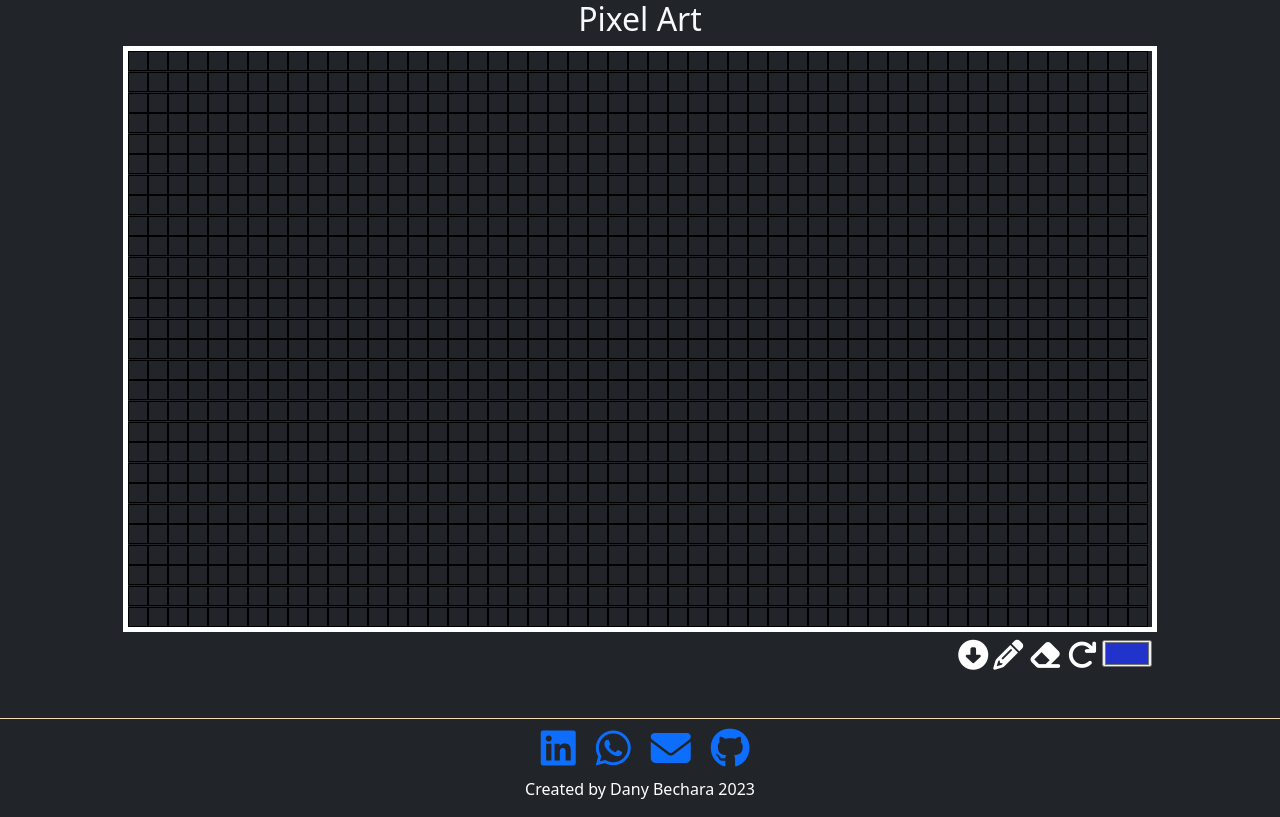
Repository: bechara611/pixelartdb
Page: /
The author's editor kept a copy of each file at every save. The page is drawn from the files as they stood at one save, then again after the next save.
The browser window is 1280 px wide. The pictures show the whole page.
Some web libraries are served in a nearby version. The project was rebuilt for these pictures with package versions that can differ from the ones it lists, and the page was loaded fresh each time. Also part of the build but not shown: vite.config.js.

Above is the page before, as saved 2023-03-07 15:24:16.

### index.html
<!DOCTYPE html>
<html lang="en">
  <head>
    <meta charset="UTF-8" />
    <link rel="icon" type="image/svg+xml" href="/vite.svg" />
    <meta name="viewport" content="width=device-width, initial-scale=1.0" />
    <title>Vite + React</title>

    <link rel="stylesheet" href="https://cdnjs.cloudflare.com/ajax/libs/font-awesome/6.3.0/css/all.min.css">
  </head>
  <body>
    <div id="root"></div>
    <script type="module" src="/src/main.jsx"></script>
  </body>
</html>

### src/main.jsx
import React from 'react'
import ReactDOM from 'react-dom/client'
import App from './App'
import 'bootstrap/dist/css/bootstrap.min.css'
import 'bootstrap/dist/js/bootstrap.bundle.js'

ReactDOM.createRoot(document.getElementById('root')).render(
  <>
  <App />

  </>

)

### src/App.jsx

import { useEffect, useState } from 'react'
import './App.css'
import { SelectableGroup } from 'react-selectable-fast'
import { Pixel } from './Pixel'
import { Footer } from './Footer'

const App = () => {
  const [pixels, setPixels] = useState([])
  const [isSelecting, setIsSelecting] = useState(false)
  const [startIndex, setStartIndex] = useState(null)
  const [colorActual, setcolorActual] = useState('#2233cc')
  const [lapiz,setLapiz]= useState(true);

  useEffect(() => {
    let contenedor = document.getElementById('contenedor')
    let divsAloAlto = Math.floor(contenedor.offsetHeight / 20)
    let divsAlOancho = Math.floor(contenedor.offsetWidth / 20);
    //para saber cuantos divs necesita un contenedor multiplica el numero de divs a lo alto * el numero de divds a lo ancho
    setPixels(Array.from({ length: divsAloAlto * divsAlOancho }, () => { return { active: false, color: colorActual } }))

  }, [])
  const onReset = () => {
    let pixelesCopy = [];
    pixelesCopy = [...pixels]
    for (let i = 0; i < pixels.length; i++) {
      pixelesCopy[i] = { active: false, color: 'transparent' }
    }
    setPixels(pixelesCopy)
  }
  const funcionArray = (index) => {
    let nuevoArray = [...pixels]
    nuevoArray[index] = { active: true, color: colorActual }
    setPixels(nuevoArray)
  }

  useEffect(() => {
    //console.log({ pixels })
  }, [pixels])

  const onMouseDown = (index) => {
    setIsSelecting(true);
    setStartIndex(index)
    // console.log('onMouseDown')
  }


  const onMouseOver2 = (index) => {
    if (isSelecting) {
      const pixelsupdated = [...pixels]
      pixelsupdated[index] = { ...pixelsupdated[index], active: true, color: colorActual }

      setPixels(pixelsupdated)

    }
    // console.log('onMouseOver')
  }

  const onMouseUp2 = (index) => {
    setIsSelecting(false)

  }
  return (
    <>
      <div className="bg-dark fondo">
        <div className="col-12 contenedor-05 ">
          <div className="contenedor-mayor header">
            <h2 className='text-light'>Pixel Art</h2>

          </div>
        </div>
        <div className="contenedor-mayor ">
          <div className="contorno">
            <div className={`contenedor ${!lapiz ? 'cursorBorrador' : 'cursorLapiz'}`} id='contenedor'>

              {

                pixels.map((a, index) => {
                  return <Pixel key={index}
                    color={a.color}
                    active={a.active}
                    funcion={() => funcionArray(index)}
                    onMouseDown={() => { onMouseDown(index) }}
                    onMouseUp={() => { onMouseUp2(index) }}
                    onMouseOver={() => { onMouseOver2(index) }}
                  ></Pixel>
                })

              }

            </div>
          </div>
        </div>
        <div className="col-12 contenedor-05  ">
          <div className="derecha mt-2">

          <i className="fa-solid fa-circle-down borrador" onClick={()=>{
            console.log('Descargar')
            }}></i>
          <i className="fa-solid fa-pencil borrador" onClick={()=>{ setLapiz(true)
            setcolorActual('#2233cc')
            }}></i>
            <i className="fa-solid fa-eraser borrador" onClick={()=>{ setLapiz(false)
            setcolorActual('transparent')
            }}></i>

            <i className="fa-solid fa-arrow-rotate-right  icono" onClick={() => { onReset() }}></i>
            <input type="color" className='selector' value={colorActual} onChange={(e) => {
               setcolorActual(e.target.value)
               setLapiz(true)
              }} />

          </div>

        </div>
        <div className="col-12 bg-dark">

        <Footer></Footer>
        </div>
      </div>



    </>

  )
}

export default App

### src/App.css
.fondo {
  height: 100vh;

}

.contorno {
  border: 5px solid white;
}

.contenedor-mayor {
  display: flex;
  flex-direction: row;
  justify-content: center;
  justify-self: center;
  align-items: center;

}

.contenedor-mayor2 {
  width: 80vw;
  align-self: center;
  display: flex;
  flex-direction: row;
  justify-content: space-between;
}

.contenedor-05 {
  display: flex;
  flex-direction: row;
  justify-content: center;
}

.derecha {
  width: 80vw;
  align-self: center;
  display: flex;
  flex-direction: row;
  justify-content: flex-end;
}

.pixel {
  width: 20px;
  height: 20px;
  border: 1px solid rgb(0, 0, 0);

  box-sizing: border-box;

}

.active {
  background: transparent;
}
.cursorBorrador{
  cursor: url(./assets/borrador.png), pointer;
}
.cursorLapiz{
cursor: url(./assets/pencil3.png), default;
}
.contenedor {

  display: flex;
  flex-direction: row;
  flex-wrap: wrap;
  width: 80vw;
  height: 80vh;
  max-width: 80vw;
  max-height: 80vh;
}

.icono {
  font-size: 30px;
  color: white;
  margin-right: 5px;
}
.borrador{
  font-size: 30px;
  color: white;
  margin-right: 5px;
  cursor: pointer;
}
.borrador:hover{
  font-size: 32px;
  color: rgb(191, 180, 180);
  transition: all .1s ease;
}

@keyframes rotar {
  from {
    transform: rotate(32deg);
  }

  to {
    transform: rotate(360deg);
  }
}

.icono:hover {
  color: rgb(171, 193, 216);
  cursor: pointer;
  animation-name: rotar;
  animation-duration: 1s;
  transition: all 1s ease;
  animation-iteration-count: infinite;
}

.selector{
cursor: pointer;
}

### src/Pixel.jsx
import React, { useState } from 'react'
import './App.css'
import {selectableGroup, createSelectable} from 'react-selectable-fast'
export const Pixel = (props) => {
    const [isActive, setisActive] = useState(false)
  return (

 <div className={`pixel ${props.active ? 'active' : ''}`} style={{ background:props.active ? props.color : ''}}
 onClick={()=>{
    setisActive(!isActive)
    props.funcion();
}}
onMouseDown={()=>{props.onMouseDown()}}
onMouseUp={()=>{props.onMouseUp()}}
onTouchEnd={()=>{props.onMouseUp()}}
onMouseOver={()=>{props.onMouseOver()}}
onTouchStart={()=>{{
    props.onMouseDown()
    props.onMouseOver()}}}
 >

 </div>
  )
}

### src/Footer.jsx
import React from 'react'
import './Footer.css'


let linkdn="https://linkedin.com/in/DanyBechara";
let correo="mailto:bechara611@gmail.com";
let blank='_blank';
let github='https://github.com/bechara611';
let whatssap='https://wa.me/584120361952';

export const Footer = () => {
  return (
    <>
      {/*Aca este footer le estamos colocando una posicion absolute y a su padre relativa para poder ubicarlo al final de su div padre */}
      <div className="footer col-12 mt-5 pt-1">
      <a href={linkdn} target={blank} className='animate__animated animate__lightSpeedInLeft'><i className=" linkdin fa-brands fa-linkedin iconoRedes"></i></a>
      <a href={whatssap} target={blank}  className='animate__animated animate__lightSpeedInLeft'><i className="whatssap fa-brands fa-whatsapp iconoRedes"></i></a>
      <a href={correo} target={blank}  className='animate__animated animate__lightSpeedInLeft'><i className="gmail fa-solid  fa-envelope iconoRedes"></i></a>
      <a href={github} target={blank}  className='  animate__animated animate__lightSpeedInLeft'><i className=" github fa-brands fa-github iconoRedes"></i></a>

     <div className="col-12 contenedor-mensaje-footer mt-1">
     <div className="col-12 contenedor-mensaje-footer">
     <p className='mensaje'>Created by Dany Bechara {new Date().getFullYear().toString()}</p>
     </div>

     </div>
      </div>
    </>

  )
}

### src/Footer.css
.footer{
    color: white;
    margin-top: 10px;
    border-top: 1px solid wheat;

    display: flex;
    flex-direction: row;
    justify-content: center;
    text-align: center;
    align-items: center;
    justify-items: center;
 flex-wrap: wrap;

}

.iconoRedes{
    font-size: 40px;
    padding-left: 10px;
    margin: 5px;

}

.github:hover{
    color: #6e5494;

}

.whatssap:hover{
color: #25d366;
}

.gmail:hover{
color:#cc0000;
}
.linkdin:hover{
color:#00a0dc;
}

.contenedor-mensaje-footer{
    display: flex;
    flex-direction: row;
    justify-content: center;
    text-align: center;
    align-items: center;
    justify-items: center;
}

/*?RESPONSIVE*/

@media(max-width:255px){
    .iconoRedes{
        font-size: 30px;
        padding-left: 5px;
    }
    .mensaje{
        font-size: 10px;
    }
}

After the next save:
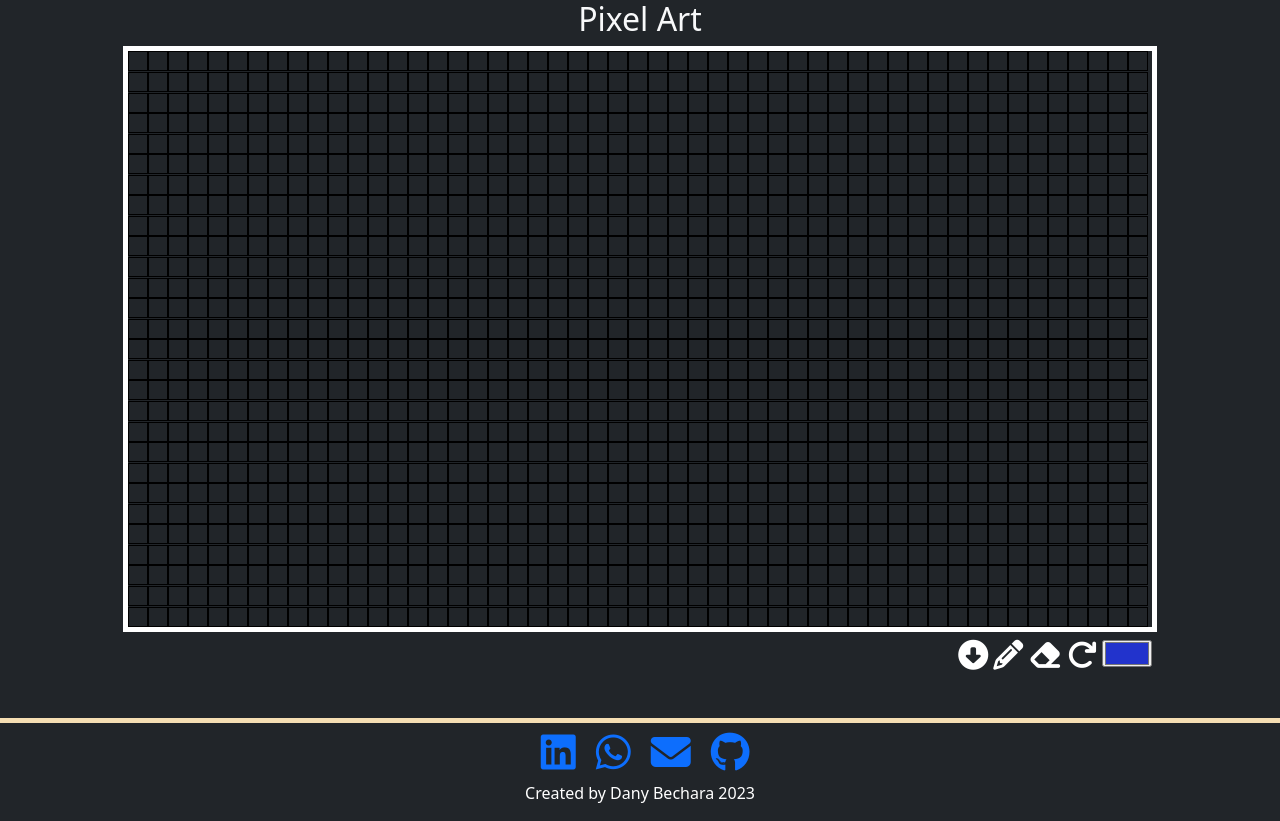
Saved 8 s later.
--- a/src/Footer.css
+++ b/src/Footer.css
@@ -1,7 +1,7 @@
 .footer{
     color: white;
     margin-top: 10px;
-    border-top: 1px solid wheat;
+    border-top: 5px solid wheat;
 
     display: flex;
     flex-direction: row;
